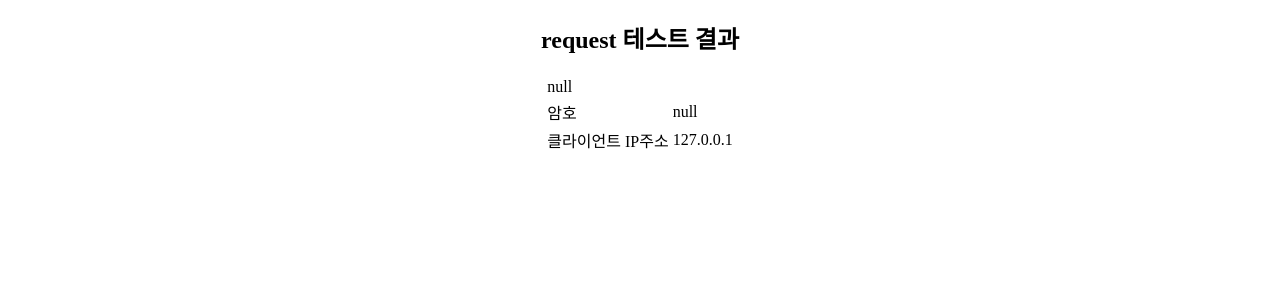
Repository: ljdongz/jsp-study
Page: http://localhost/jspbook/ch05/request_result.jsp
An editor plug-in stored every save of this project. The page is shown before and after the next save, followed by the edit.
The browser window is 1280 px wide. The pictures show the whole page.
The page is served by Tomcat 9. Other server files are loaded and not shown.

Above is the page before, as saved 2022-10-03 01:42:04.

### jspbook/src/main/webapp/ch05/request_result.jsp
<%@ page language="java" contentType="text/html; charset=UTF-8" pageEncoding="UTF-8"%>
<!DOCTYPE html>
<%
request.setCharacterEncoding("UTF-8");
%>
<html>
<head></head>
<body>
	<div align="center">
		<H2>request 테스트 결과</H2>
		<table>
			<tr>
				<td><%=request.getParameter("userid")%></td>
			</tr>
			<tr>
				<td>암호</td>
				<td><%=request.getParameter("password")%></td>
			</tr>
			<tr>
				<td>클라이언트 IP주소</td>
				<td><%=request.getRemoteAddr()%></td>
			</tr>
		</table>
	</div>
</body>
</html>

After the next save:
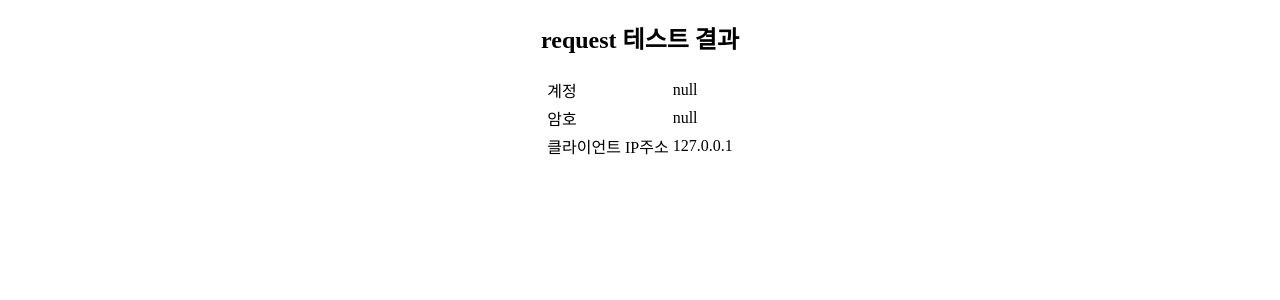
Saved 43 s later.
--- a/jspbook/src/main/webapp/ch05/request_result.jsp
+++ b/jspbook/src/main/webapp/ch05/request_result.jsp
@@ -10,6 +10,7 @@ request.setCharacterEncoding("UTF-8");
 		<H2>request 테스트 결과</H2>
 		<table>
 			<tr>
+				<td>계정</td>
 				<td><%=request.getParameter("userid")%></td>
 			</tr>
 			<tr>
